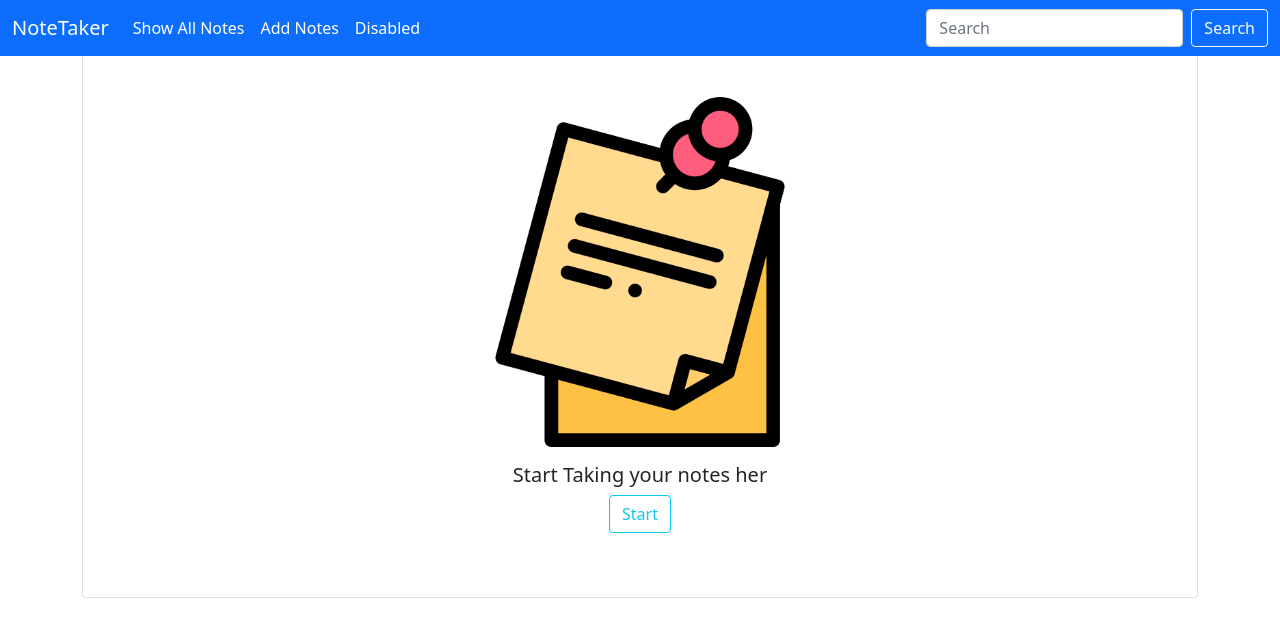
Repository: Shubham-Kumar-cmd/Hibernate
Page: http://localhost/NoteTakerApp/
An editor plug-in stored every save of this project. The page is shown before and after the next save, followed by the edit.
The browser window is 1280 px wide. The pictures show the whole page.
The page is served by Tomcat 9.

Above is the page before, as saved 2023-02-08 08:46:10.

After the next save:
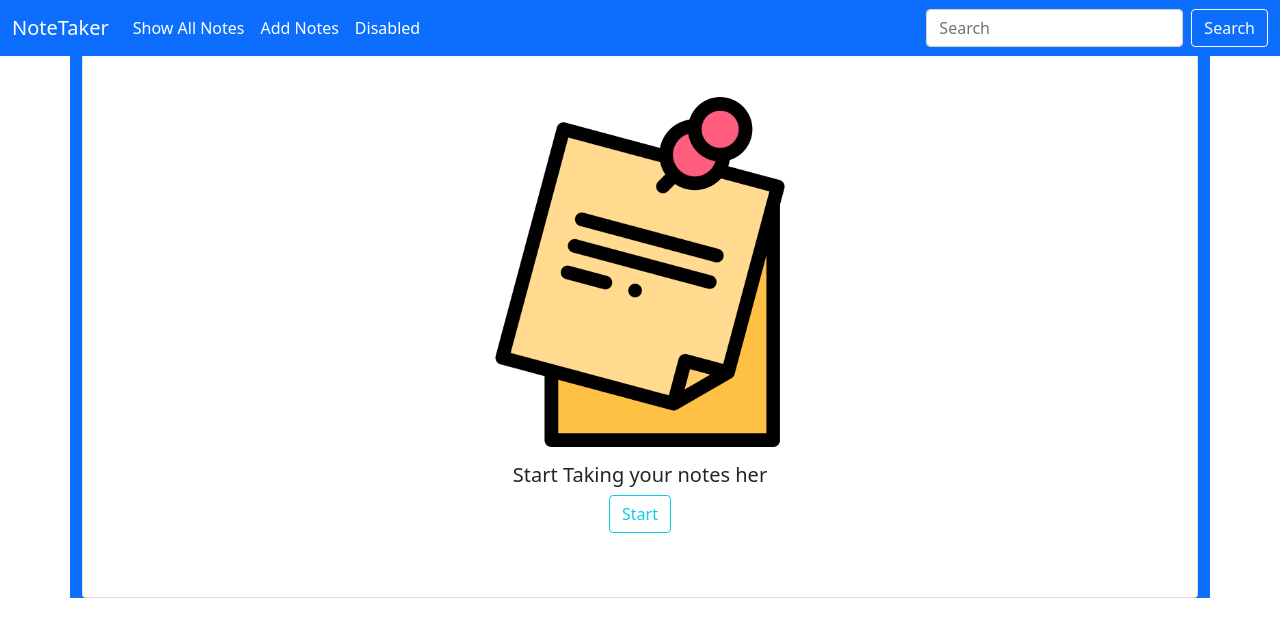
Saved 18 s later.
--- a/NoteTakerApp/src/main/webapp/index.jsp
+++ b/NoteTakerApp/src/main/webapp/index.jsp
@@ -14,7 +14,7 @@
 </head>
 <body>
 
-	<div class="container text-center">
+	<div class="container text-center bg-primary">
 		<div class="card my-5 py-5">
 		  <img src="img/sticky-notes.png" style="max-width: 350px;" class="img-fluid mx-auto" alt="...">
 		  <div class="card-body">
